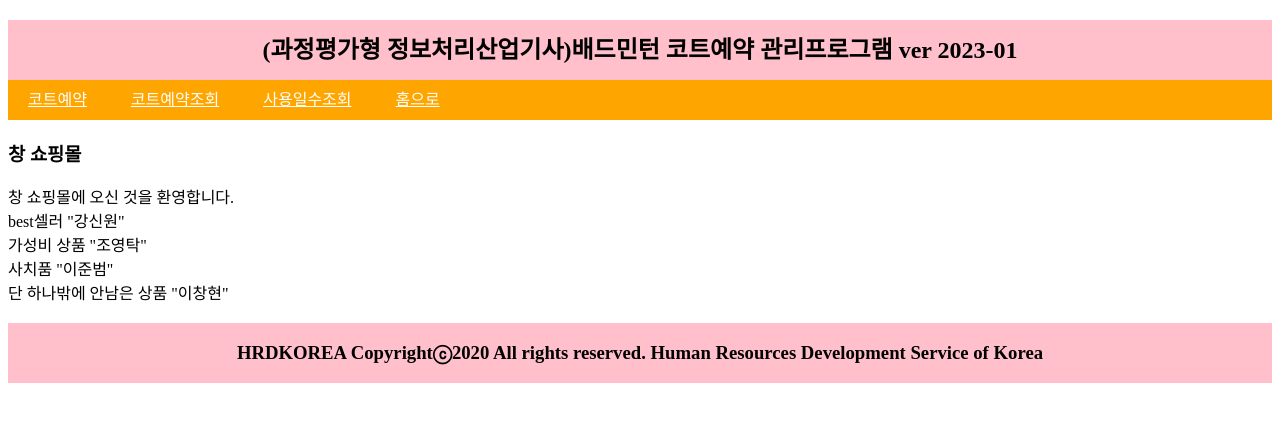
Repository: s25-30420/shopping
Page: http://localhost/shop/
These files come from the project's save history. The page is drawn as it stood at one moment and after the next save; the edit follows.
The browser window is 1280 px wide. The pictures show the whole page.
The page is served by Tomcat 9. Other server files are loaded and not shown.

Above is the page before, as saved 2025-09-01 00:57:30.

### shop/src/main/webapp/index.jsp
<%@ page language="java" contentType="text/html; charset=UTF-8"
    pageEncoding="UTF-8"%>
<!DOCTYPE html>
<html>
<head>
<meta charset="UTF-8">
<title>index</title>
<style>
	* {

	}
</style>
</head>
<body>
<jsp:include page="header.jsp"></jsp:include>
<jsp:include page="nav.jsp"></jsp:include>
<section>
	<h3>창 쇼핑몰</h3>
	<p>
		창 쇼핑몰에 오신 것을 환영합니다. <br>
		best셀러 "강신원" <br>
		가성비 상품 "조영탁"<br>
		사치품 "이준범"<br>
		단 하나밖에 안남은 상품 "이창현"<br>
	</p>
</section>
<jsp:include page="footer.jsp"></jsp:include>
</body>
</html>

### shop/src/main/webapp/header.jsp
<%@ page language="java" contentType="text/html; charset=UTF-8"
    pageEncoding="UTF-8"%>
<!DOCTYPE html>
<html>
<head>
<meta charset="UTF-8">
<title>header</title>
<style>
header{
		width: 100%;
		height: 60px;
		background-color: pink;
		text-align: center;
		line-height: 60px;
	}


</style>
</head>
<body>
<header>
		<h2>(과정평가형 정보처리산업기사)배드민턴 코트예약 관리프로그램 ver 2023-01</h2>
	</header>
</body>
</html>

### shop/src/main/webapp/nav.jsp
<%@ page language="java" contentType="text/html; charset=UTF-8"
	pageEncoding="UTF-8"%>
<!DOCTYPE html>
<html>
<head>
<meta charset="UTF-8">
<title>nav</title>
<style>
nav {
	width: 100%;
	height: 40px;
	background-color: orange;
	line-height: 40px;
}

nav a {
	color: white;
	padding: 0 20px;
}
</style>
</head>
<body>
	<nav>
		<a href="insert.jsp">코트예약</a>
		<a href="resvlist.jsp">코트예약조회</a>
		<a href="count.jsp">사용일수조회</a>
		<a href="index.jsp">홈으로</a>
	</nav>
</body>
</html>

### shop/src/main/webapp/footer.jsp
<%@ page language="java" contentType="text/html; charset=UTF-8"
    pageEncoding="UTF-8"%>
<!DOCTYPE html>
<html>
<head>
<meta charset="UTF-8">
<title>footer</title>
<style>
	footer{
		width: 100%;
		height: 60px;
		background-color: pink;
		text-align: center;
		line-height: 60px;
	}
</style>
</head>
<body>
<footer>
	<h3>HRDKOREA Copyrightⓒ2020 All rights reserved. Human Resources Development Service of Korea</h3>
</footer>
</body>
</html>

After the next save:
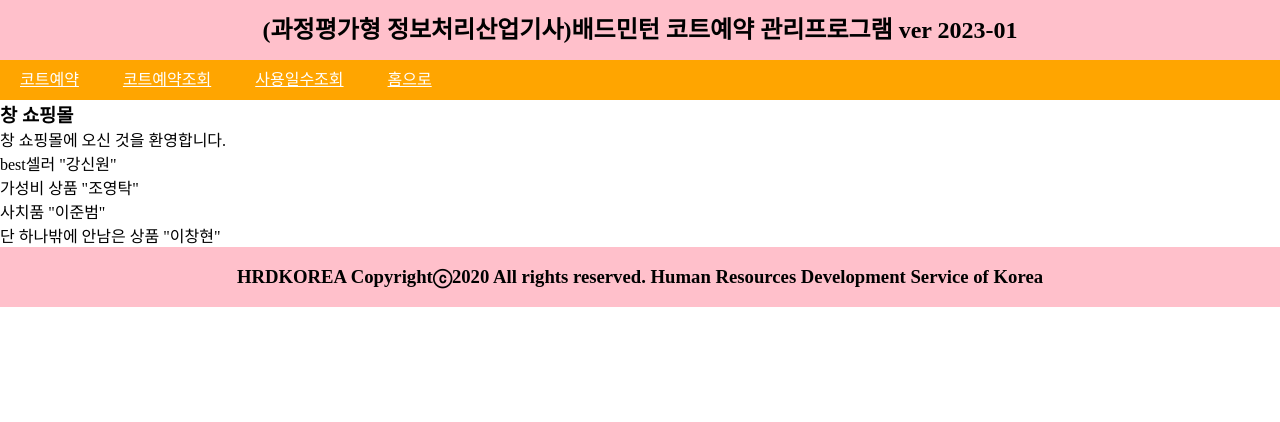
Saved 72 s later.
--- a/shop/src/main/webapp/index.jsp
+++ b/shop/src/main/webapp/index.jsp
@@ -7,7 +7,8 @@
 <title>index</title>
 <style>
 	* {
-
+		margin: 0;
+		padding: 0;
 	}
 </style>
 </head>
